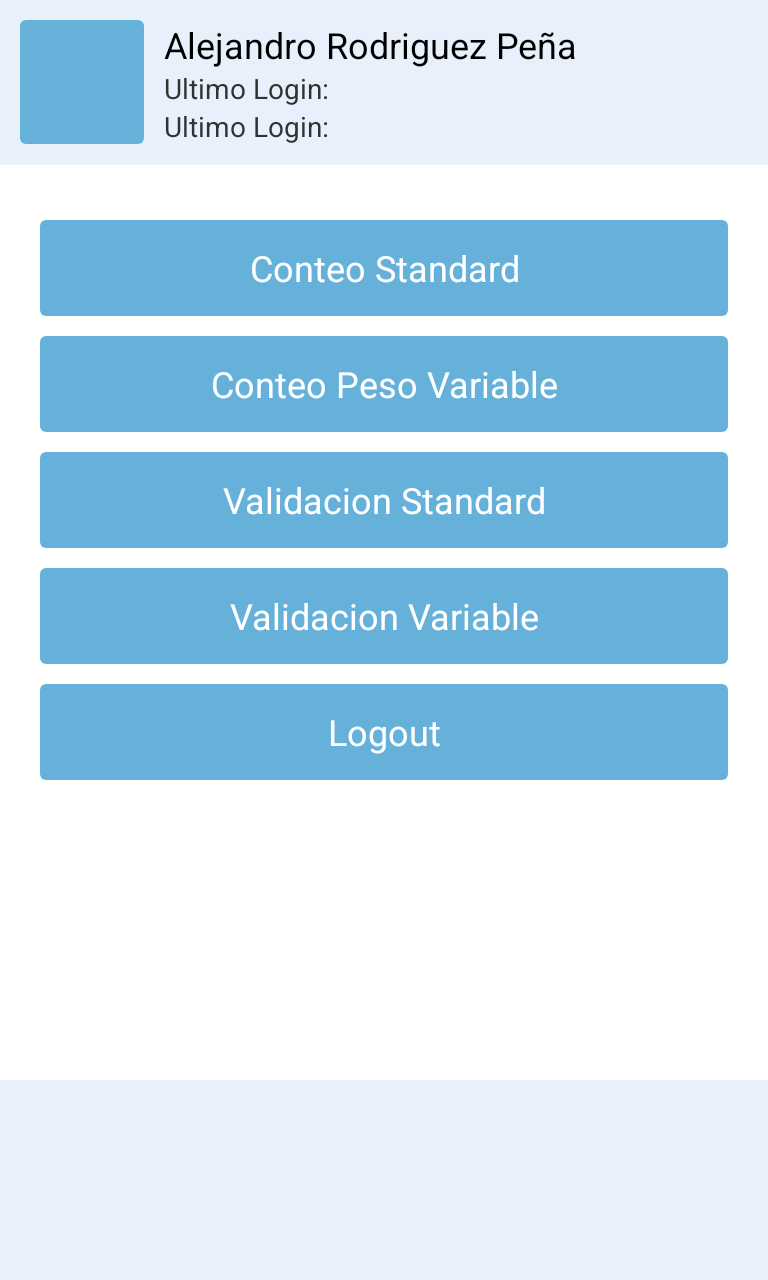
Repository: arodriguezp2003/aqandroid
Layout: BlueFlameWMS/res/layout/lmenu.xml
An editor plug-in stored every save of this project. The layout is shown before and after the next save, followed by the edit.
It is drawn on a 768 x 1280 px phone screen (xhdpi) without system bars, with theme AppTheme; the app's code is not run.

Above is the layout before, as saved 2014-06-20 15:31:46.

### BlueFlameWMS/res/layout/lmenu.xml
<?xml version="1.0" encoding="utf-8"?>
<ScrollView
  xmlns:android="http://schemas.android.com/apk/res/android"
  android:layout_width="fill_parent"
  android:layout_height="fill_parent"
  android:fillViewport="true">
<RelativeLayout
        android:layout_width="fill_parent"
        android:layout_height="wrap_content" android:background="#ffffff">

     <LinearLayout
        android:layout_width="match_parent"
        android:layout_height="wrap_content"
        android:background="@drawable/fondo"
        android:paddingBottom="10dp" >

        <ImageView
            android:id="@+id/xImage"
            android:layout_width="72dp"
            android:layout_height="72dp"
            android:paddingLeft="10dp"
            android:paddingTop="10dp"
            android:src="@drawable/btn" />

        <LinearLayout
            android:layout_width="wrap_content"
            android:layout_height="wrap_content"
            android:orientation="vertical" >

            <TextView
                android:id="@+id/xUsername"
                android:layout_width="wrap_content"
                android:layout_height="wrap_content"
                android:paddingLeft="10dp"
                android:paddingTop="10dp"
                android:text="Alejandro Rodriguez Peña"
                android:textAppearance="?android:attr/textAppearanceMedium" />

            <TextView
                android:id="@+id/xUsername"
                android:layout_width="wrap_content"
                android:layout_height="wrap_content"
                android:paddingLeft="10dp"
                android:paddingTop="0dp"
                android:text="Ultimo Login:"
                android:textAppearance="?android:attr/textAppearanceSmall" />

            <TextView
                android:id="@+id/xLastLog"
                android:layout_width="wrap_content"
                android:layout_height="wrap_content"
                android:paddingLeft="10dp"
                android:paddingTop="0dp"
                android:text="Ultimo Login:"
                android:textAppearance="?android:attr/textAppearanceSmall" />
        </LinearLayout>
    </LinearLayout>

  <LinearLayout
      android:id="@+id/footer"
      android:layout_width="fill_parent"
      android:layout_height="100dip"
      android:layout_alignParentBottom="true"
      android:background="@drawable/fondo" >

      <ImageView
          android:id="@+id/logosss"
          android:layout_width="match_parent"
          android:padding="10dp"
          android:layout_height="80dp"
        />

        </LinearLayout>

  <LinearLayout
         android:id="@+id/CUERPO"
          android:orientation="vertical"
          android:layout_width="match_parent"
          android:layout_height="wrap_content"
          android:padding="20dip"
          android:layout_marginTop="80dp"
         >

	  <Button
	    android:id="@+id/btn_CS"
	    android:layout_width="match_parent"
	    android:layout_height="wrap_content"
	    android:layout_marginTop="10dp"
	    android:background="@drawable/btn"
	    android:text="@string/btn_TareaConteoEstandar"
	    android:textColor="@drawable/text_btn" />

	    <Button
	    android:id="@+id/btn_CV"
	    android:layout_width="match_parent"
	    android:layout_height="wrap_content"
	    android:layout_marginTop="10dp"
	    android:background="@drawable/btn"
	    android:text="@string/btn_tare_conteo_peso"
	    android:textColor="@drawable/text_btn" />

	    <Button
	    android:id="@+id/btn_CSV"
	    android:layout_width="match_parent"
	    android:layout_height="wrap_content"
	    android:layout_marginTop="10dp"
	    android:background="@drawable/btn"
	    android:text="@string/btn_TareaConteoEstandarVAL"
	    android:textColor="@drawable/text_btn" />

	    <Button
	    android:id="@+id/btn_CVV"
	    android:layout_width="match_parent"
	    android:layout_height="wrap_content"
	    android:layout_marginTop="10dp"
	    android:background="@drawable/btn"
	    android:text="@string/btn_tare_conteo_pesoVAL"
	    android:textColor="@drawable/text_btn" />

	     <Button
	    android:id="@+id/Logout"
	    android:layout_width="match_parent"
	    android:layout_height="wrap_content"
	    android:layout_marginTop="10dp"
	    android:background="@drawable/btn"
	    android:text="Logout"
	    android:textColor="@drawable/text_btn" />
    </LinearLayout>
  </RelativeLayout>

</ScrollView>

### BlueFlameWMS/res/drawable-mdpi/fondo.xml
<?xml version="1.0" encoding="utf-8"?>
<selector xmlns:android="http://schemas.android.com/apk/res/android" >
    <item>
        <shape >
            <solid android:color="#e8f0fb" />
        </shape>
    </item>

</selector>

### BlueFlameWMS/res/drawable-mdpi/btn.xml
<?xml version="1.0" encoding="utf-8"?>
<selector xmlns:android="http://schemas.android.com/apk/res/android">
    <item android:state_pressed="true" >
        <shape>
            <solid
                android:color="#124686" />

            <corners
                android:radius="3dp" />
            <padding
                android:left="10dp"
                android:top="10dp"
                android:right="10dp"
                android:bottom="10dp" />
        </shape>
    </item>
    <item >
        <shape >
            <solid
                android:color="#66b1da" />

            <corners
                android:radius="3dp" />
            <padding
                android:left="10dp"
                android:top="10dp"
                android:right="10dp"
                android:bottom="10dp" />
        </shape>
    </item>
</selector>

### BlueFlameWMS/res/values/strings.xml
<?xml version="1.0" encoding="utf-8"?>
<resources>

    <string name="app_name">BlueFlameWMS</string>
    <string name="hello_world">Hello world!</string>
    <string name="action_settings">Settings</string>
	<string name="auth">Login</string>
    <string name="user">Usuario</string>
    <string name="password">Password</string>

     <string name="btn_TareaConteoEstandar">Conteo Standard</string>
    <string name="btn_TareaConteoEstandarVAL">Validacion Standard</string>
    <string name="btn_tare_conteo_peso">Conteo Peso Variable</string>
    <string name="btn_tare_conteo_pesoVAL">Validacion Variable</string>
</resources>

### BlueFlameWMS/res/drawable-mdpi/text_btn.xml
<?xml version="1.0" encoding="utf-8"?>
<selector
    xmlns:android="http://schemas.android.com/apk/res/android"
>
    <!-- Any Enabled button, gets White Text -->
    <item
        android:color="#FFF"
        android:state_enabled="true" />

    <!-- Buttons with any other state, get DarkGray Text -->
    <item
        android:color="#FFF"/>
</selector>

Loaded but not shown: BlueFlameWMS/res/values/styles.xml (common file); BlueFlameWMS/res/values-v11/styles.xml (common file); BlueFlameWMS/res/values-v14/styles.xml (common file)

After the next save:
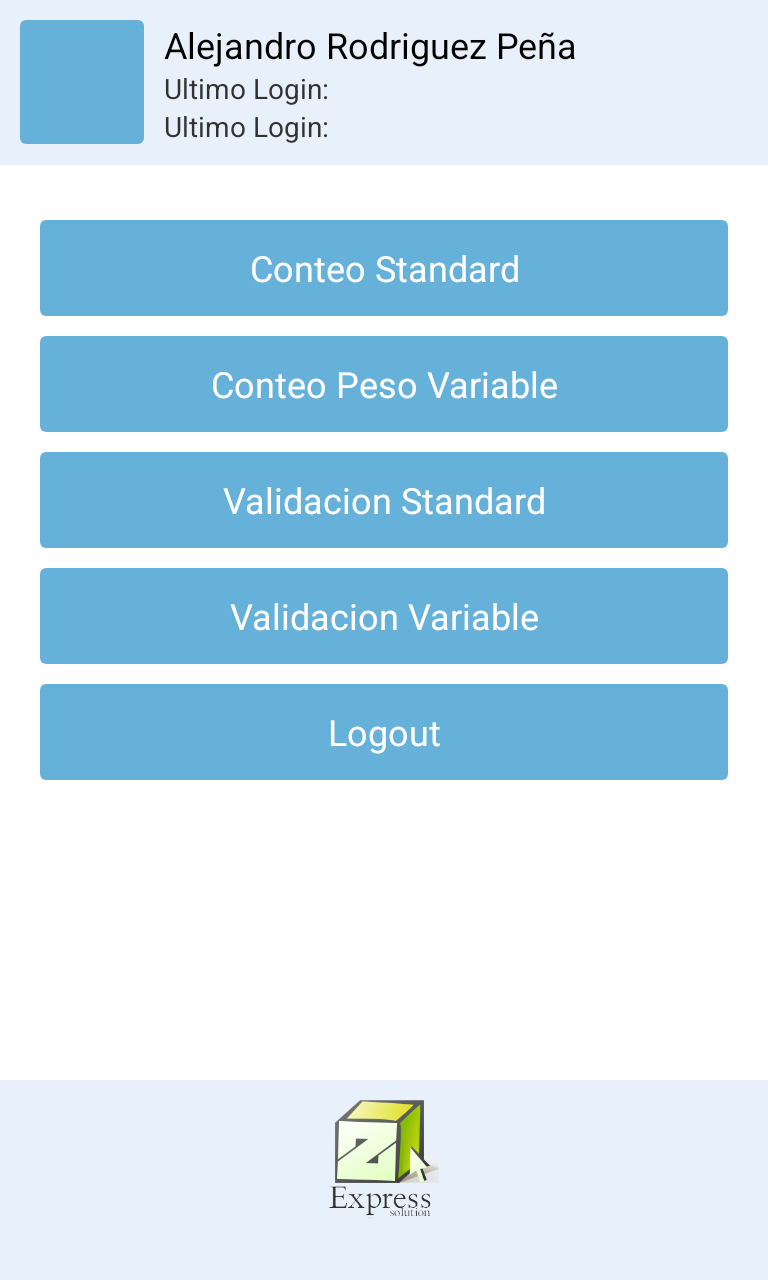
Saved 20 min 51 s later.
--- a/BlueFlameWMS/res/layout/lmenu.xml
+++ b/BlueFlameWMS/res/layout/lmenu.xml
@@ -68,6 +68,7 @@
           android:layout_width="match_parent"
           android:padding="10dp"
           android:layout_height="80dp"
+          android:src="@drawable/logo"
         />
 
         </LinearLayout>
